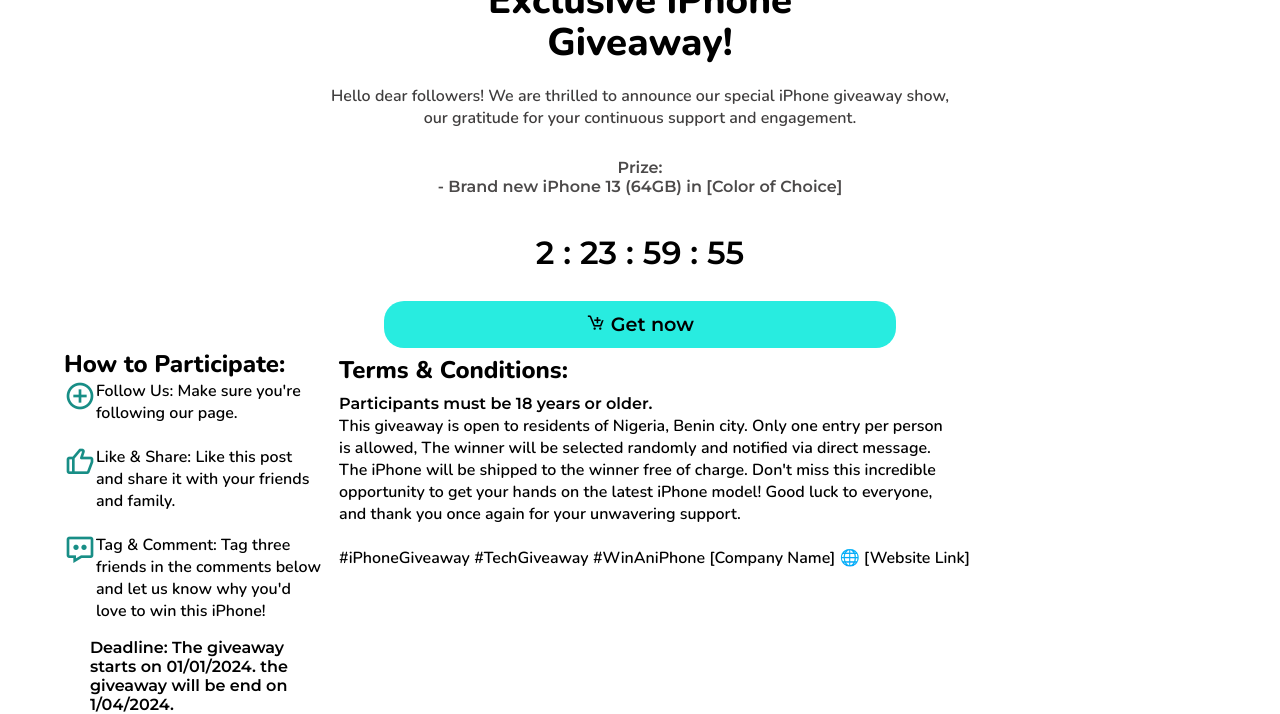
Repository: pasafista/freebie-iphone-webpage
Page: index.html
The author's editor kept a copy of each file at every save. The page is drawn from the files as they stood at one save, then again after the next save.
The browser window is 1280 px wide. The pictures show the part of the page from y = 792 to 1522 px (the page is 1506 px tall before and 1522 px after).
A picture or video elsewhere on the page could not be fetched, so the positions and the page height are approximate.

Above is the page before, as saved 2024-01-02 01:00:25.

### index.html
<!DOCTYPE html>
<html lang="en">
  <head>
    <meta charset="UTF-8" />
    <title>Three-Day Timer</title>
    <link
      href="https://unpkg.com/boxicons@2.1.4/css/boxicons.min.css"
      rel="stylesheet"
    />
    <link rel="preconnect" href="https://fonts.googleapis.com" />
    <link rel="preconnect" href="https://fonts.gstatic.com" crossorigin />
    <link
      href="https://fonts.googleapis.com/css2?family=Montserrat:wght@600&family=Nunito:wght@600;800&display=swap"
      rel="stylesheet"
    />
    <link rel="stylesheet" href="style.css" />
    <script src="script.js"></script>
  </head>
  <body>
    <section class="main">

      <div class="hero-image-container">
        <img
          src="https://i.pinimg.com/474x/2d/cf/68/2dcf689ceba46c826341fbc847af2764.jpg"
          class="hero-image"
        />
      </div>

      <div class="hero-txt">
        <h1>Exclusive <span class="h1">iPhone</span> <br />Giveaway!</h1>
        <div class="top">
          Hello dear followers! We are thrilled to announce our special iPhone
          giveaway show,
          <br />
          our gratitude for your continuous support and engagement.
        </div>
        <div class="bottom">
          Prize:<br />- Brand new iPhone 13 (64GB) in [Color of Choice]
        </div>
        <div class="timer" id="timer">
          <span class="days">3</span> : <span class="hours">00</span> :
          <span class="minutes">00</span> :
          <span class="seconds">00</span>
        </div>

        <button><i class="bx bx-cart-add"></i> Get now</button>
      </div>

    </section>
    <section class="foot">
      <div class="Participate">
        <h1>How to Participate:</h1>
        <ul>
          <li>
            <i class="bx bx-plus-circle"></i> Follow Us: Make sure you're
            following our page.
          </li>
          <br />
          <li>
            <i class="bx bx-like"></i> Like & Share: Like this post and share it
            with your friends and family.
          </li>
          <br />
          <li>
            <i class="bx bx-message-dots"></i>Tag & Comment: Tag three friends
            in the comments below and let us know why you'd love to win this
            iPhone!
          </li>
        </ul>
        <div class="info2">
          <!-- The content will be dynamically updated by JavaScript -->
        </div>
      </div>
      <div class="TC">
        <h1>Terms & Conditions:</h1>
        <p class="para">
          <span class="tiny"> Participants must be 18 years or older. </span
          ><br />
        </p>
        <div class="para-block">
          This giveaway is open to residents of Nigeria, Benin city. Only one
          entry per person is allowed, The winner will be selected randomly and
          notified via direct message. The iPhone will be shipped to the winner
          free of charge. Don't miss this incredible opportunity to get your
          hands on the latest iPhone model! Good luck to everyone, and thank you
          once again for your unwavering support.
        </div>
        <br />
        #iPhoneGiveaway #TechGiveaway #WinAniPhone [Company Name] 🌐 [Website
        Link]
      </div>
    </section>
  </body>
</html>

### style.css
* {
  margin: 0;
  padding: 0;
  box-sizing: border-box;
}

.main {
  display: flex;
  flex-direction: row-reverse;
  align-items: center;
  margin: auto;
}

.hero-image-container {
  width: 40%;
} /* this is a div class name for the hero image, i used this to create a flexbox */

.hero-image {
  width: 100%;
} /*this is the hero image, it is set to 100% so that the image will occupy the space available in the hero image container*/

.hero-txt {
  width: 50%;
  display: flex;
  flex-direction: column;
  justify-content: center;
  align-items: left;
  gap: 0.8em;
}

.hero-txt h1 {
  font-size: 3rem;
  font-family: "Nunito", sans-serif;
  line-height: 1.1em;
}

.h1:hover {
  color: #28ece0;
  cursor: pointer;
}

.top {
  font-size: 1.2rem;
  font-family: "Nunito", sans-serif;
  color: rgb(63, 61, 61);
}

.bottom {
  font-size: 1.2rem;
  font-family: "Montserrat", sans-serif !important;
  color: rgb(76, 74, 74);
}

button {
  width: 40%;
  padding: 0.6em 0.01em;
  font-size: 1.2em;
  border-radius: 20px;
  font-family: "Montserrat", sans-serif !important;
  border: none;
  outline: none;
  background-color: #28ece0;
}

button:hover {
  cursor: pointer;
  box-shadow: 5px 5px 0px 2px #082f2d;
}

.timer {
  font-family: "Montserrat", sans-serif !important;
  font-size: 2rem;
}

.foot {
  display: flex;
  width: 90%;
  margin: auto;
  gap: 1em;
}

.Participate {
  font-family: "Nunito", sans-serif;
  display: flex;
  flex-direction: column;
}

.info2 {
  margin-top: 1em;
  font-family: "Montserrat", sans-serif !important;
  width: 90%;
  align-self: flex-end;
}

ul li {
  display: flex;
  font-weight: 600;
}

li i {
  color: #188e86;
  font-size: 2rem;
}

.TC h1 {
  font-family: "Nunito", sans-serif;
  margin-bottom: 0.3em;
}

.tiny {
  font-size: 1rem;
  font-family: "Montserrat", sans-serif;
}

.para-block {
  font-size: 1rem;
  width: 70%;
}

.TC {
  margin-top: 0.4em;
  font-family: "Nunito", sans-serif;
}

@media screen and (max-width:320px), (min-width:480px) {
    .main{
display: flex;
flex-direction: column;
padding-bottom: ;

    }

    .hero-image-container{
        width: 80%;
    }

    .hero-image, .hero-txt{
        width: 100%;
    }

    .hero-txt h1{
        text-align: center;
        font-size: 2.4rem;
    }

    .top, .bottom{
        font-size: 1rem;
        text-align: center;
        padding: 0.5em;
    }

 .timer{
    font-size: 2rem;
    text-align: center;
    padding: 0.5em;
}

button{
    margin: auto;
}

.button:hover{
    box-shadow: 0px 0px 0px 0px #082f2d;
}

 }

### script.js
document.addEventListener('DOMContentLoaded', function() {
    var deadline = new Date();
    deadline.setDate(deadline.getDate() + 3); // Set deadline 3 days from now

    function getTimeRemaining(endtime) {
        var total = Date.parse(endtime) - Date.parse(new Date());
        var seconds = Math.floor((total / 1000) % 60);
        var minutes = Math.floor((total / 1000 / 60) % 60);
        var hours = Math.floor((total / (1000 * 60 * 60)) % 24);
        var days = Math.floor(total / (1000 * 60 * 60 * 24));
        return {
            total,
            days,
            hours,
            minutes,
            seconds
        };
    }

    function initializeClock(id, endtime) {
        var clock = document.getElementById(id);
        var daysSpan = clock.querySelector('.days');
        var hoursSpan = clock.querySelector('.hours');
        var minutesSpan = clock.querySelector('.minutes');
        var secondsSpan = clock.querySelector('.seconds');

        function updateClock() {
            var t = getTimeRemaining(endtime);

            daysSpan.innerHTML = t.days;
            hoursSpan.innerHTML = ('0' + t.hours).slice(-2);
            minutesSpan.innerHTML = ('0' + t.minutes).slice(-2);
            secondsSpan.innerHTML = ('0' + t.seconds).slice(-2);

            if (t.total <= 0) {
                clearInterval(timeinterval);
            }
        }

        updateClock();
        var timeinterval = setInterval(updateClock, 1000);
    }

    initializeClock('timer', deadline);

    // Display today's date and the date 3 days from now
    var today = new Date();
    var dd = String(today.getDate()).padStart(2, '0');
    var mm = String(today.getMonth() + 1).padStart(2, '0'); // January is 0!
    var yyyy = today.getFullYear();
    var threeDaysFromNow = new Date(today);
    threeDaysFromNow.setDate(today.getDate() + 3);

    today = mm + '/' + dd + '/' + yyyy;
    threeDaysFromNow = (threeDaysFromNow.getMonth() + 1) + '/' + String(threeDaysFromNow.getDate()).padStart(2, '0') + '/' + threeDaysFromNow.getFullYear();

    // Update the content of the info2 div
    var info2Div = document.querySelector('.info2');
    info2Div.innerHTML = "Deadline: The giveaway starts on " + today + ". the giveaway will be end on " + threeDaysFromNow + ".";
});

After the next save:
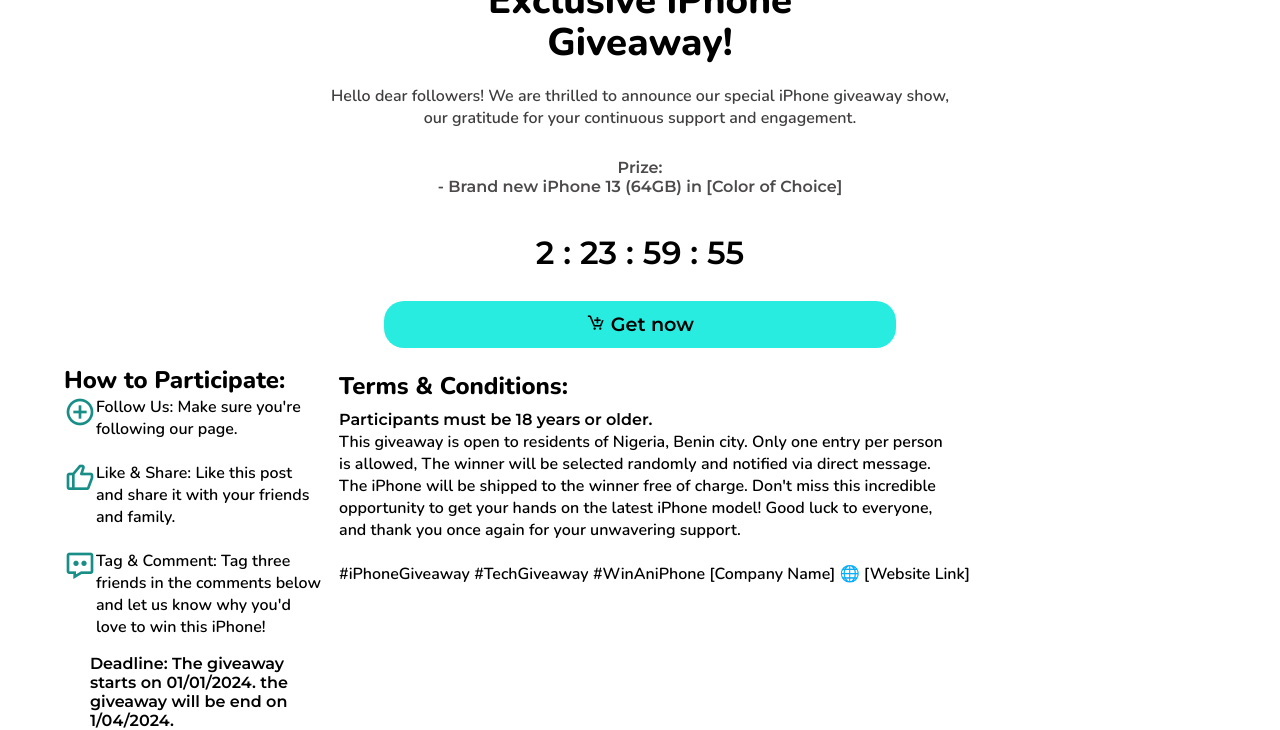
Saved 5 s later.
--- a/style.css
+++ b/style.css
@@ -126,7 +126,7 @@
     .main{
 display: flex;
 flex-direction: column;
-padding-bottom: ;
+padding-bottom: 1em;
 
     }
 
